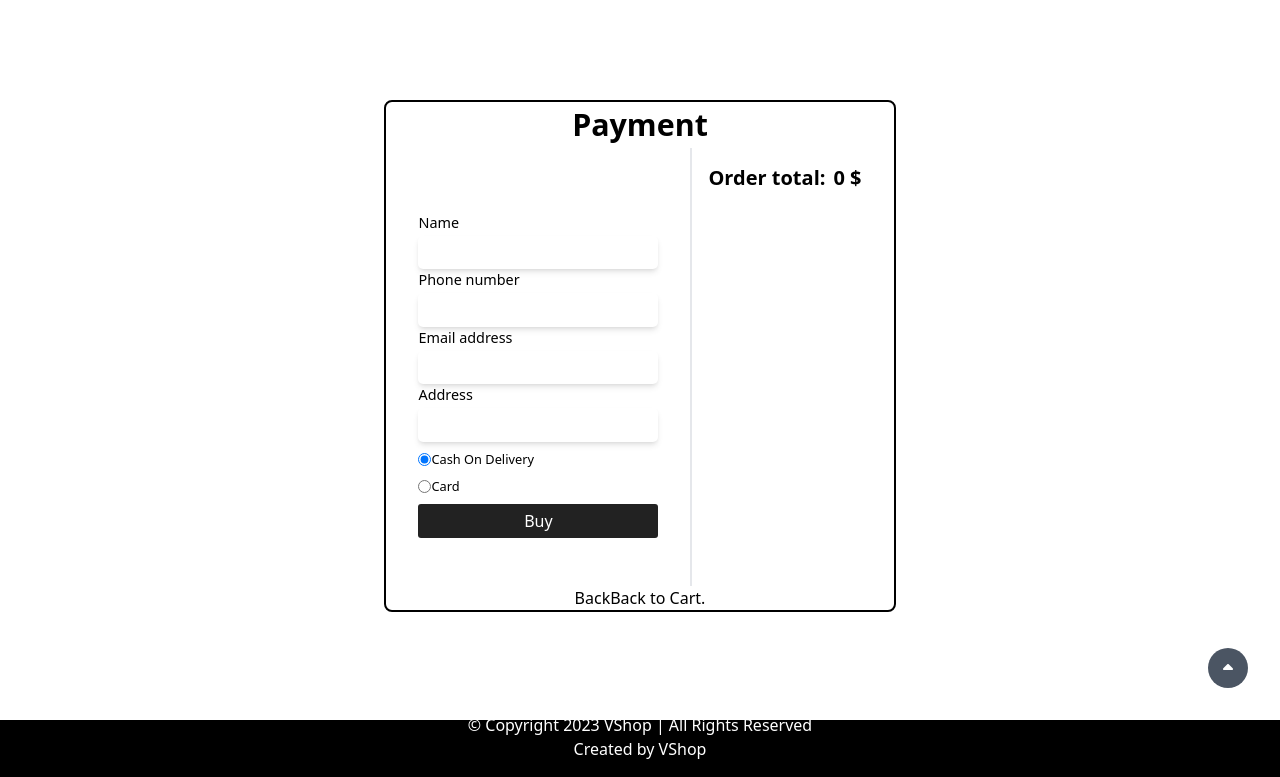
Repository: Kith933UTH/VSHOP
Page: /payment
An editor plug-in stored every save of this project. The page is shown before and after the next save, followed by the edit.
The browser window is 1280 px wide. The pictures show the whole page.
Pictures or frames that could not be fetched are drawn as grey boxes. The project was rebuilt for these pictures with package versions that can differ from the ones it lists, and the page was loaded fresh each time. Also part of the build but not shown: src/components/product-item/ProductItem.js, src/components/loader/Loader.js, src/constants/constants.js, src/components/product-filters/Category.js, src/components/product-filters/Price.js, src/components/product-filters/Rating.js, src/components/product-filters/ProductFilters.js, src/components/cart-shopping/CartEmpty.js and 20 more.

Above is the page before, as saved 2023-08-04 23:05:56.

### public/index.html
<!DOCTYPE html>
<html lang="en">
  <head>
    <meta charset="utf-8" />
    <link rel="icon" href="./logo.png" />
    <meta name="viewport" content="width=device-width, initial-scale=1" />
    <meta name="theme-color" content="#000000" />
    <meta
      name="description"
      content="Web site created using create-react-app"
    />
    <link rel="apple-touch-icon" href="%PUBLIC_URL%/logo192.png" />
    <!--
      manifest.json provides metadata used when your web app is installed on a
      user's mobile device or desktop. See https://developers.google.com/web/fundamentals/web-app-manifest/
    -->
    <link rel="manifest" href="%PUBLIC_URL%/manifest.json" />
    <!--
      Notice the use of %PUBLIC_URL% in the tags above.
      It will be replaced with the URL of the `public` folder during the build.
      Only files inside the `public` folder can be referenced from the HTML.

      Unlike "/favicon.ico" or "favicon.ico", "%PUBLIC_URL%/favicon.ico" will
      work correctly both with client-side routing and a non-root public URL.
      Learn how to configure a non-root public URL by running `npm run build`.
    -->
    <title>VShop</title>
  </head>
  <body>
    <noscript>You need to enable JavaScript to run this app.</noscript>
    <div id="root"></div>
  </body>
</html>

### src/index.js
import React from 'react'
import ReactDOM from 'react-dom/client'
import App from './App'
import {Provider} from "react-redux"
import {BrowserRouter} from "react-router-dom"
import {store} from "./redux"
import './index.css'

const root = ReactDOM.createRoot(document.getElementById('root'))
root.render(
    <Provider store={store}>
        <BrowserRouter>
            <App />
        </BrowserRouter>
    </Provider>
)

### src/redux/index.js
import {configureStore} from "@reduxjs/toolkit"
import {productsApi} from "./products/products.api"
import {productReducer} from "./products/products.slice"
import {setupListeners} from "@reduxjs/toolkit/query"

export const store = configureStore({
    reducer: {
        [productsApi.reducerPath]: productsApi.reducer,
        product: productReducer
    },
    middleware: getDefaultMiddleware => getDefaultMiddleware().concat(productsApi.middleware)
})

setupListeners(store.dispatch)

### src/index.css
@tailwind base;
@tailwind components;
@tailwind utilities;

@layer utilities {
    input[type="number"]::-webkit-inner-spin-button,
    input[type="number"]::-webkit-outer-spin-button {
        @apply appearance-none;
    }
}

html, body {
    width: 100%;
    height: 100%;
}

body::-webkit-scrollbar,
.box-item::-webkit-scrollbar,
.search-box::-webkit-scrollbar{
    width: 8px;
}

main {
    display: flex;
    flex-direction: column;
    height: 100%;
}

body::-webkit-scrollbar-thumb,
.box-item::-webkit-scrollbar-thumb,
.search-box::-webkit-scrollbar-thumb{
    background-color: #ccc;
    border-radius: 20px;
}

#root {
    height: 100%;
}

body {
    overflow: hidden;
}

.productItem:hover {
    transition: opacity .3s linear;
    opacity: .5;
}

.box-item {
    height: 320px;
    overflow-y: scroll;
}

/* Loader */
.loader-box {
    width: 100px;
    height: 100px;
    display: flex;
    justify-content: center;
    align-items: center;
    margin: 50px auto 0;
}

.loader{
    position: relative;
    width: 70px;
    height: 70px;
}

.loader span {
    position: absolute;
    top:0;
    left: 0;
    width: 100%;
    height: 100%;
    transform: rotate(calc(18deg * var(--i)));
}

.loader span::before {
    content:'';
    position: absolute;
    top: 0;
    left: 0;
    width: 10px;
    height: 10px;
    background: #000;
    border-radius: 50%;
    transform: scale(0);
    animation: animate 2s linear infinite;
    animation-delay: calc(0.1s * var(--i));
}
@keyframes animate {
    0%{
        transform: scale(0);
    }
    10%{
        transform: scale(1.2);
    }
    80%,100%{
        transform: scale(0);
    }
}

### src/context/context.js
import {createContext} from "react"

export const Context = createContext()

### src/components/footer/Footer.js
import React from "react"
import { Contact } from "../contact/Contact"
import { Policy } from "../policy/Policy"
export function Footer() {
    return (
        <footer className='bg-black text-white in-h-fit'>
            {/* <div className='max-w-[1240px] mx-auto py-2 text-sm sm:text-base'>
                <div className='flex justify-center'>
                    <a href='https://github.com/VolodymyrGoshko/react-shop'
                       target='_blank'
                       rel="noreferrer"
                       className='capitalize border-b mb-3 text-base hover:text-gray-300 transition'
                    >
                        view source code on github
                    </a>
                </div>
                <div className='flex justify-center flex-col items-center'>
                    <p className='text-center'>© Copyright 2022 React Shop | All Rights Reserved</p>
                    <a href='https://www.linkedin.com/in/volodymyr-goshko-656ab920b/'
                       target="_blank"
                       rel="noreferrer"
                       className='hover:text-gray-300 transition'
                    >
                        Created by Volodymyr Goshko
                    </a>
                </div>
            </div> */}
            <Contact />
            <Policy />
            <div className='flex justify-center flex-col items-center my-4'>
                    <p className='text-center'>© Copyright 2023 VShop | All Rights Reserved</p>
                    <a href='#' className='hover:text-gray-300 transition' >
                        Created by VShop
                    </a>
                </div>
        </footer>
    )
}

### src/components/btn-scroll/BtnScroll.js
import React from "react"
import {FontAwesomeIcon} from "@fortawesome/react-fontawesome"
import {faCaretUp} from "@fortawesome/free-solid-svg-icons"

export function BtnScroll() {
    const topClick = () => {
        const body = document.querySelector('body').getBoundingClientRect().top + window.scrollY
        window.scroll({
            top: body,
            behavior: 'smooth'
        })
    }

    return (
        <button
            className='fixed bottom-8 right-4 bg-gray-600 text-white rounded-full w-[30px] h-[30px] md:w-[40px] md:h-[40px] md:right-8 md:bottom-8 z-20 shadow-gray-600'
            onClick={topClick}
        >
            <FontAwesomeIcon icon={faCaretUp}/>
        </button>
    )
}

### src/components/payment/Payment.js
import React from "react"
import {useDispatch, useSelector} from "react-redux"
import { Link, useNavigate } from "react-router-dom"
import { CartItemPayment } from "./CartItemPayment"
import './index.css'
export function Payment({login}) {
    const navigate = useNavigate()
    const {cart, btnCart} = useSelector(state => state.product)
    const totalPrice = () => {
        let price = 0
        cart.forEach(item => price += item.price * item.quantity)
        return Math.round(price * 0.9 * 100) / 100
    }
    return (
        <div className="payment-page text-center m-5-auto flex justify-center">
            <div className="border-2 rounded-lg border-black w-max h-fit">
            <h2>Payment</h2>
            <div className="flex flex-row justify-center">
                <form className="border-none bg-none m-0" action="/success">
                    <p>
                        <label>Name</label><br/>
                        <input className='shadow-md' type="text" name="name" required />
                    </p>
                    <p>
                        <label>Phone number</label><br/>
                        <input className='shadow-md' type="tel" name="tel" required />
                    </p>
                    <p>
                        <label>Email address</label><br/>
                        <input className='shadow-md' type="email" name="email" required />
                    </p>
                    <p>
                        <label>Address</label><br/>
                        <input className='shadow-md'  type="text" name="address" required />
                    </p>
                    <p className='flex justify-start pt-2'>
                        <input className='' type="radio" name="checkbox" defaultChecked/> <span>Cash On Delivery</span>
                    </p>
                    <p className='flex justify-start py-2'>
                        <input className='' type="radio" name="checkbox" /> <span>Card</span>
                    </p>

                    <p>
                        <button id="sub_btn" type="submit">Buy</button>
                    </p>
                </form>
                <div className={`border-l-2 px-4 ${cart.length > 2 ? 'box-item' : ''}`}>
                    {cart.map(item => <CartItemPayment key={item.id} item={item}/>)}
                    <div className='flex justify-center sm:justify-end pt-4'>
                        <div className='w-fit rounded-xl flex flex-col justify-between items-center sm:flex-row'>
                            <div className='mr-0 sm:mr-4 font-semibold'>
                                <span className='mr-2 text-base sm:text-xl'>Order total:</span>
                                <span className='text-base sm:text-xl'>{totalPrice()} $</span>
                            </div>
                        </div>
                    </div>
                </div>
            </div>
            <footer>
                <button onClick={() => navigate(-1)}>Back</button>
                <Link to={'..'}>Back to Cart</Link>.
            </footer>
            </div>
        </div>
    )
}

### src/redux/products/products.api.js
import {createApi, fetchBaseQuery} from "@reduxjs/toolkit/query/react"

export const productsApi = createApi({
    reducerPath: 'products/api',
    baseQuery: fetchBaseQuery({
        baseUrl: 'https://fakestoreapi.com'
    }),
    // refetchOnFocus: true,
    endpoints: build => ({
        getProductsAll: build.query({
            query:() => ({
                url: '/products'
            })
        }),
        getProductById: build.query({
            query:(id) => ({
                url: `/products/${id}`
            })
        }),
        getProductByCategory: build.query({
            query:(category) => ({
                url: `/products/category/${category}`
            })
        })
    })
})

export const {
    useGetProductsAllQuery,
    useGetProductByIdQuery,
    useGetProductByCategoryQuery
} = productsApi

### src/components/policy/Policy.js
import React from "react"
import { Link } from "react-router-dom"
export function Policy() {
    return (
        <div className='text-white in-h-fit max-w-[1240px] mx-auto py-2 text-sm sm:text-base flex justify-around items-cente'>
            <Link className='text-lg font-medium text-center' to='/return-policy'>
                RETURN POLICIES
            </Link>
            <Link className='text-lg font-medium text-center' to='/warranty-policy'>
                WARRANTY POLICIES
            </Link>
            <Link className='text-lg font-medium text-center' to='/shipping-policy'>
                SHIPPING POLICIES
            </Link>
        </div>
    )
}

### src/components/login/index.css
/* .m-5-auto {
    margin: 5rem auto
} */

.primary-button {
    margin-top: 5rem;
    margin-right: 1rem;
    padding: .6rem;
    width: 10rem;
    background: #222;
    border: none;
    color: #fff;
    font-size: 1.2rem;
    transition: all .5s;
    cursor: pointer;
    text-transform: capitalize
}

/***    Landing Page     ***/
.main-title,
.main-para {
    color: #f1f1f1
}

.main-title {
    padding-top: 10rem;
    font-size: 5rem;
    font-family: 'Fascinate', cursive;
    text-transform: uppercase
}

.main-para {
    font-size: 2.5rem;
    text-Transform: capitalize
}

#reg_btn span {
    display: inline-block;
    position: relative;
    transition: 0.5s;
}

#reg_btn span:after {
    content: '\00bb';
    position: absolute;
    opacity: 0;
    top: 0;
    right: -20px;
    transition: 0.5s;
}

#reg_btn:hover span {
  padding-right: 25px;
}

#reg_btn:hover span:after {
  opacity: 1;
  right: 0;
}

/***    Login Page     ***/
.login-page h2 {
    font-weight: 700;
    font-size: 1.9rem;
}
.login-page {
    position: fixed;
    top: 0;
    left: 0;
    right: 0;
    bottom: 0;
    z-index: 10;
    background-color: white;
    padding-top: 100px;
}

.login-page form {
    display: inline-block;
    background: #f3f3f3;
    border: 1px solid #ddd;
    border-radius: 2px;
    padding: 2rem;
    margin: 2rem 0 1rem 0
}

.login-page form label {
    float: left;
    font-size: .9rem;
    margin: 0;
    padding: 0
}

.right-label {
    float: right;
    cursor: pointer
}

.login-page input {
    width: 15rem;
    padding: .3rem;
    border-radius: 5px;
    outline: none;
    border: none
}

#sub_btn {
    display: block;
    width: 100%;
    padding: .3rem;
    border: none;
    background: #222;
    color: #fff;
    border-radius: 3px;
}

#sub_btn:hover {
    background: #333;
    transition: all .5s
}

/* footer p {
    margin: 0;
    font-size: .9rem
} */

/***    Register Page     ***/
#checkbox {
    width: 1rem
}

form span {
    font-size: .8rem
}

#reset_pass_lbl {
    float: left
}

/***    Home Page     ***/
.home-page-title {
    color: #222
}


.register-page input {
    width: 15rem;
    padding: .3rem;
    border-radius: 5px;
    outline: none;
    border: none
}

.register-page h2 {
    font-weight: 700;
    font-size: 1.9rem;
}
.register-page {
    position: fixed;
    top: 0;
    left: 0;
    right: 0;
    bottom: 0;
    z-index: 10;
    background-color: white;
    padding-top: 100px;
}

.register-page form {
    display: inline-block;
    background: #f3f3f3;
    border: 1px solid #ddd;
    border-radius: 2px;
    padding: 2rem;
    margin: 2rem 0 1rem 0
}

.register-page form label {
    float: left;
    font-size: .9rem;
    margin: 0;
    padding: 0
}

### src/components/payment/index.css
.payment-page input:not(.payment-page input[type=radio]){
    width: 15rem;
    padding: .3rem;
    border-radius: 5px;
    outline: none;
    border: none
}

.payment-page h2 {
    font-weight: 700;
    font-size: 1.9rem;
}
.payment-page {
    position: fixed;
    top: 0;
    left: 0;
    right: 0;
    bottom: 0;
    z-index: 10;
    background-color: white;
    padding-top: 100px;
}

.payment-page form {
    display: inline-block;
    padding: 2rem;
    margin: 2rem 0 1rem 0
}

.payment-page form label {
    float: left;
    font-size: .9rem;
    margin: 0;
    padding: 0
}

### src/components/contact/index.css
.contact-section {
    /* height: 96vh; */
    width: 100%;
    border-bottom: 1px solid #999;
}

.form-area {
    position: relative;
    /* height:84vh; */
    width: 100%;
    background: black;
    -webkit-box-sizing: border-box;
    box-sizing: border-box;
}

.form-area .form-wrap {
    /* position: absolute; */
    /* left: 50%;
    -webkit-transform: translateX(-50%);
    -ms-transform: translateX(-50%);
    transform: translateX(-50%); */
    width: 1120px;
    background-color: white;
    background-size: cover;
    background-position: center;
    border-radius: 0.2rem;
    -webkit-box-sizing: border-box;
    box-sizing: border-box;
    -webkit-box-shadow: 0 0 0.4rem 0 #999;
    box-shadow: 0 0 0.4rem 0 #999;
}

.form-wrap .title {
    padding-top: 2.4rem;
    width: 100%;
    -webkit-box-sizing: border-box;
    box-sizing: border-box;
}

.form-wrap .title h1 {
    color: black;
    font-size: 2.6rem;
    text-align: center;
}

.form-wrap .contact-area {
    padding-top: 3rem;
    display: -webkit-box;
    display: -ms-flexbox;
    display: flex;
    width: 100%;
    height: auto;
    -webkit-box-sizing: border-box;
    box-sizing: border-box;
}

.contact-area .contact-info {
    display: flex;
    flex-direction: column;
    justify-content: center;
    align-items: center;
    width: 35%;
    height: 100%;
    margin-left: 6rem;
}

.contact-info>div {
    margin-bottom: 1rem;
    display: -webkit-box;
    display: -ms-flexbox;
    display: flex;
    -webkit-box-align: center;
    -ms-flex-align: center;
    align-items: center;
}

.contact-info>div>p {
    color: #333;
    font-size: 1.4rem;
    font-weight: 500;
    text-align: center;
}

.contact-info>div>span {
    color: #61790a;
    font-size: 2rem;
    margin-right: 0.8rem;
}

.contact-area .contact-form {
    display: -webkit-box;
    display: -ms-flexbox;
    display: flex;
    -webkit-box-orient: vertical;
    -webkit-box-direction: normal;
    -ms-flex-direction: column;
    flex-direction: column;
    width: 60%;
    height: auto;
    padding: 0 3rem;
    -webkit-box-sizing: border-box;
    box-sizing: border-box;
}

.contact-form .name-field {
    display: -webkit-box;
    display: -ms-flexbox;
    display: flex;
    -webkit-box-pack: justify;
    -ms-flex-pack: justify;
    justify-content: space-between;
}

.name-field .input-area {
    width: 48%;
}

.contact-form .input-area {
    position: relative;
    margin-bottom: 2rem;
}

.input-area input {
    height: 3rem;
    width: 100%;
    color: #333;
    font-size: 1.2rem;
    border: 2px solid #fff;
    border-radius: 0.2rem;
    /* background: #eff; */
    -webkit-box-shadow: 0 0 0.1rem #666;
    box-shadow: 0 0 0.1rem #666;
    outline: none;
    padding: 0 1rem;
    -webkit-box-sizing: border-box;
    box-sizing: border-box;
    -webkit-transition: all 0.3s ease;
    -o-transition: all 0.3s ease;
    transition: all 0.3s ease;
}

.input-area label {
    position: absolute;
    top: 50%;
    left: 1rem;
    -webkit-transform: translateY(-50%);
    -ms-transform: translateY(-50%);
    transform: translateY(-50%);
    color: #333;
    font-size: 1.2rem;
    font-weight: 500;
    -webkit-transition: all 0.3s ease;
    -o-transition: all 0.3s ease;
    transition: all 0.3s ease;
}

.input-area input:focus~label,
.input-area input:valid~label {
    top: -0.8rem;
    left: 0;
    color: #fff;
    background: #111;
    border-radius: 5px;
    padding: 0.2rem;
    font-size: 1rem;
}

.contact-form .message-area {
    position: relative;
    -webkit-box-flex: 1;
    -ms-flex: 1 1 auto;
    flex: 1 1 auto;
    height: 200px;
    width: 100%;
}

.message-area textarea {
    height: 100%;
    width: 100%;
    border: 2px solid #fff;
    outline: none;
    font-size: 1.2rem;
    padding: 1rem;
    color: #333;
    -webkit-box-sizing: border-box;
    box-sizing: border-box;
    -webkit-box-shadow: 0 0 0.1rem #666;
    box-shadow: 0 0 0.1rem #666;
    border-radius: 0.2rem;
    resize: vertical;
    -webkit-transition: all 0.3s ease;
    -o-transition: all 0.3s ease;
    transition: all 0.3s ease;
}

.message-area label {
    position: absolute;
    color: #333;
    font-weight: 500;
    font-size: 1.2rem;
    top: 1rem;
    left: 1rem;
    -webkit-transition: all 0.3s ease;
    -o-transition: all 0.3s ease;
    transition: all 0.3s ease;
}

.message-area textarea:focus~label,
.message-area textarea:valid~label {
    top: -1.6rem;
    left: 0;
    color: #fff;
    padding: 0.2rem;
    background: #111;
    font-size: 1rem;
}

.contact-form .btn {
    margin-top: 1.8rem;
}

.contact-form .btn button {
    height: 3.2rem;
    width: 8rem;
    border: none;
    outline: none;
    color: #fff;
    font-size: 1.2rem;
    background: black;
    border-radius: 0.1rem;
    cursor: pointer;
}

#contact.menu-active {
    padding-top: 2rem;
}

### src/components/contact/reponsive.css
@media screen and (min-width: 940px) and (max-width: 1360px) {
    /* .contact-section {
        height: 107vh;
    } */
    .form-area .form-wrap {
        width: 90%;
        height: 620px;
    }
}

@media screen and (max-width: 1040px) {
    .contact-area .contact-info {
        margin-left: 0;
        display: flex;
        flex-direction: column;
        justify-content: center;
        align-items: center;
    }

    .contact-area .contact-form {
        padding: 0 1.8rem;
    }

}



@media screen and (max-width: 940px) {
    /* .contact-section {
        height: 148vh;
    } */

    .form-area .form-wrap {
        padding-bottom: 3.6rem;
        width: 80%;
        height: auto;
    }

    .form-wrap .contact-area {
        -webkit-box-orient: vertical;
        -webkit-box-direction: normal;
        -ms-flex-direction: column;
        flex-direction: column;
        -webkit-box-pack: center;
        -ms-flex-pack: center;
        justify-content: center;
    }

    .contact-area .contact-info {
        width: 100%;
    }

    .contact-area .contact-form {
        width: 100%;
        padding: 1rem 4rem 0 4rem;
    }
}

/*
@media screen and (max-width: 836px) {
    .contact-section {
        min-height: 96vh;
    }
} */

@media screen and (max-width: 770px) {
    .contact-section {
        height: 1100px;
    }

    .form-area .form-wrap {
        width: 88%;
        height: auto;
    }
}

@media screen and (max-width: 680px) {
    .contact-section {
        height: 1100px;
    }


    .form-area .form-wrap {
        /* top: -82%; */
        width: 88%;
        height: auto;
    }

}


@media screen and (max-width: 490px) {
    .contact-section {
        height: 1100px;
    }

    .contact-area .contact-info {
        width: 88%;
        margin-left: 1.2rem;
    }

    .form-area .form-wrap {
        /* top: -82%; */
        width: 88%;
        height: auto;
    }

    .contact-info>div>p {
        font-size: 1.2rem;
    }

    .contact-area .contact-form {
        margin-top: 1.4rem;
        padding: 0 1.2rem;
    }

}

@media screen and (max-width: 390px) {
    .contact-section {
        height: 1130px;
    }

    .contact-area .contact-info {
        width: 80%;
        /* margin-left: 1.2rem; */
    }

    .form-area .form-wrap {
        width: 90%;
        height: auto;
    }

    .contact-info>div>p {
        font-size: 1.2rem;
    }

    .contact-area .contact-form {
        width: 100%;
        padding: 1rem 1rem 0 1rem;
    }
}


@media screen and (max-width: 340px) {
    .contact-section {
        height: 980px;
    }

    .form-area .form-wrap {
        top: -86%;
        width: 96%;
    }

    .contact-area  {
        width: 100%;
    }

    .contact-area .contact-info {
        width: 100%;
        margin-left: 1rem;
    }

    .form-wrap .title h1 {
        font-size: 2rem;
    }

    .contact-info>h2 {
        font-size: 1.6rem;
    }

    .contact-info>div>p {
        font-size: 1rem;
    }

    .contact-info>div>span {
        font-size: 1.2rem;
    }

    .input-area label {
        font-size: 1rem;
    }

    .message-area label {
        font-size: 1rem;
    }

}

Loaded but not shown: tailwind.config.js (common file); src/components/contact/Contact.js (66 lines, source omitted); src/App.js (46 lines, source omitted); src/redux/products/products.slice.js (60 lines, source omitted)

After the next save:
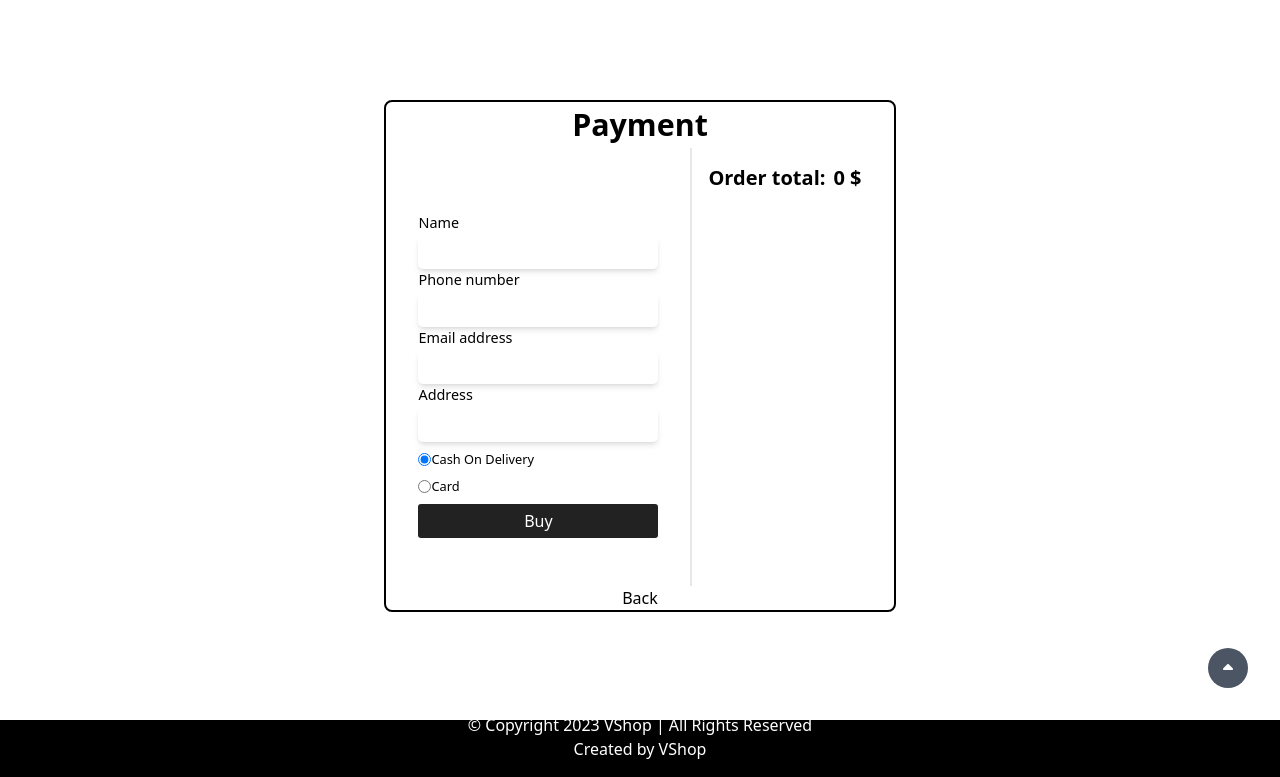
Saved 31 s later.
--- a/src/components/payment/Payment.js
+++ b/src/components/payment/Payment.js
@@ -58,7 +58,6 @@ export function Payment({login}) {
             </div>
             <footer>
                 <button onClick={() => navigate(-1)}>Back</button>
-                <Link to={'..'}>Back to Cart</Link>.
             </footer>
             </div>
         </div>
